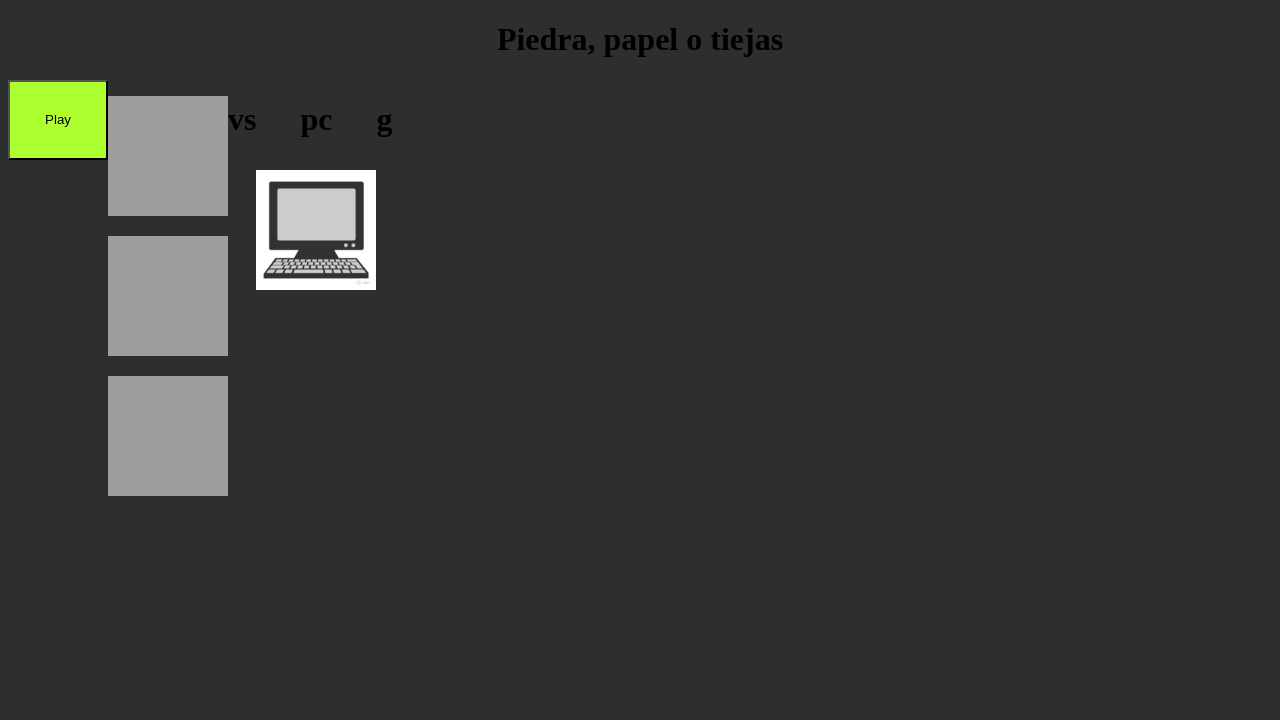
Repository: Kevin8548/FundamentosJS
Page: scissors.html
These files come from the project's save history. The page is drawn as it stood at one moment and after the next save; the edit follows.
The browser window is 1280 px wide. The pictures show the whole page.
Pictures or frames that could not be fetched are drawn as grey boxes.

Above is the page before, as saved 2024-09-23 05:44:21.
Console error: SyntaxError: Unexpected token ';'

### scissors.html
<!DOCTYPE html>
<html lang="en">
<head>
    <meta charset="UTF-8">
    <meta name="viewport" content="width=device-width, initial-scale=1.0">
    <title>Document</title>
    <link rel="stylesheet" href="style.css">
</head>
<body>
    <div class="content"></div>
    <script src="./concepts/scissors.js"></script>
    <h1>Piedra, papel o tiejas</h1>
    <div class="parent">
        <div class="div1"> <button>Play</button> </div>

        <div class="div2">
            <p><img src="img/descarga.jpeg" alt=""></p>
            <p><img src="img/scissor-icon-transparent-free-png.webp" alt=""></p>
            <p><img src="img/png-clipart-paper-leaf-leaf-white-leaf-thumbnail.png" alt=""></p>
        </div>

        <div class="div3"><h1>vs</h1> </div>

        <div class="div4"> <h1>pc
            <p><img src="img/2775.png" alt=""></p>
        </h1></div>

        <div class="div5"><h1>g</h1> </div>

        </div>
</body>
</html>

### style.css
.parent {
display: flex;
grid-template-columns: repeat(5, 1fr);
grid-template-rows: repeat(5, 1fr);
grid-column-gap: 0px;
grid-row-gap: 0px;
}

.div1 { grid-area: 1 / 3 / 2 / 4; }
.div2 { grid-area: 3 / 2 / 4 / 3; }
.div3 { grid-area: 3 / 3 / 4 / 4; }
.div4 { grid-area: 3 / 4 / 4 / 5; }
.div5 { grid-area: 5 / 3 / 6 / 4; }

h1{
text-align: center;
}

img{
width: 120px;
height: 120px;
}

body{
background-color: rgb(45, 46, 46);
}

button{
    background-color: greenyellow;
    width: 100px;
    height: 80px;
}

### concepts/scissors.js
const btnPLay = ;
const divUser = ;
const divMaq = ;
const message = ;

const play = () => {
    const choiceUser = prompt ('Elige; piedra, papel o tijeras');
    const aleatorio = Math.floor(Math.random() * 3);
    //Todo
    //Si aleatorio = 0 choicemaq= piedra y asi para 1  y 2
    //Comparaciones para determinar ganador
}

After the next save:
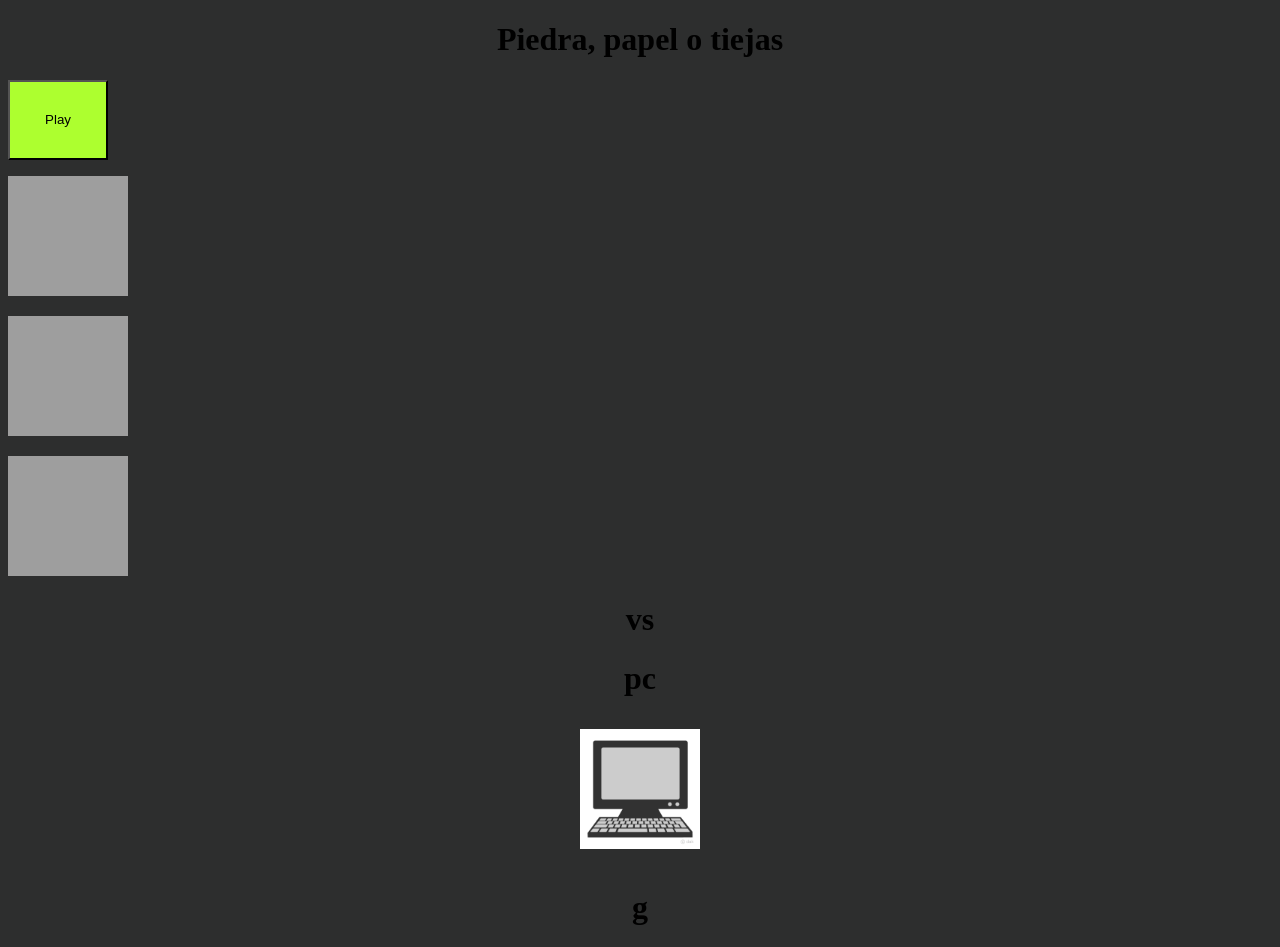
Saved 12 s later.
--- a/style.css
+++ b/style.css
@@ -1,5 +1,5 @@
 .parent {
-display: flex;
+display:flexbox ;
 grid-template-columns: repeat(5, 1fr);
 grid-template-rows: repeat(5, 1fr);
 grid-column-gap: 0px;
